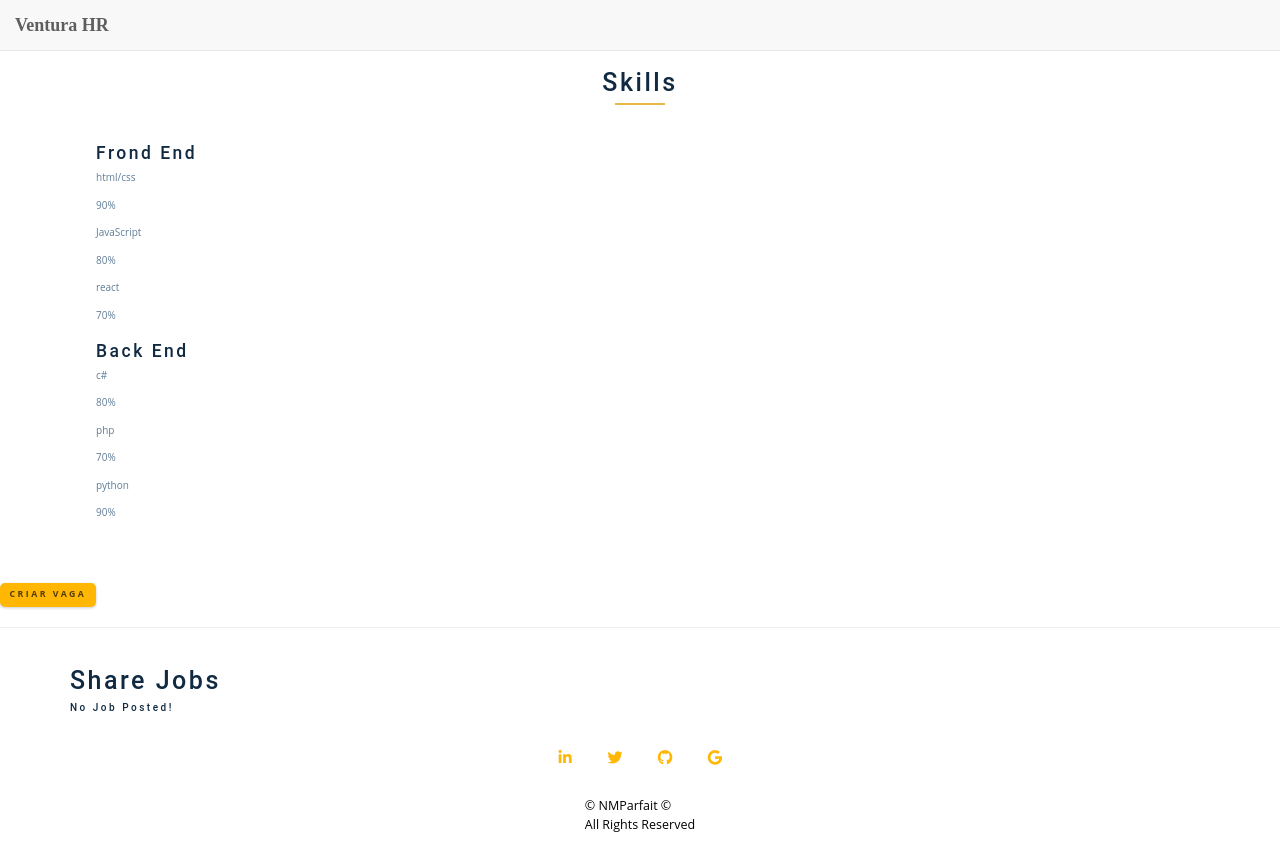
Repository: nmparfait/HumanResources-Ventura
Page: http://localhost/venturaWeb/WEB-INF/jsp/empresa/home.jsp
These files come from the project's save history. The page is drawn as it stood at one moment and after the next save; the edit follows.
The browser window is 1280 px wide. The pictures show the whole page.
Some web fonts or font styles are not loaded; a fallback is used. Some web libraries are served in a nearby version. The page is served by Tomcat 9. Nobody is signed in. The template is opened directly, without the code that normally fills it, so the values that code supplies are empty.

Above is the page before, as saved 2021-09-27 22:23:09.

After the next save:
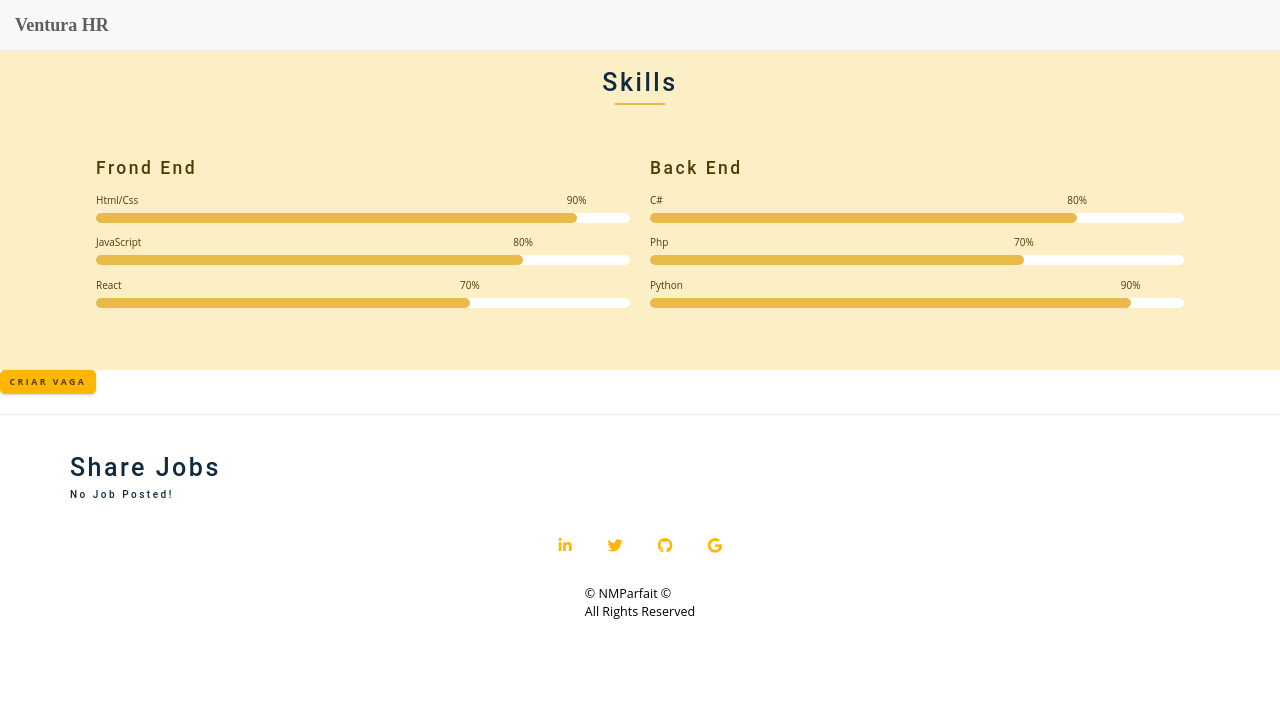
Saved 2 min 2 s later.
--- a/venturaWeb/src/main/webapp/css/styles.css
+++ b/venturaWeb/src/main/webapp/css/styles.css
@@ -596,3 +596,82 @@ Services
 
 	margin-top: 50px;
 }
+
+/*
+===============
+Skills
+===============
+*/
+@media screen and (min-width: 768px) {
+  .skills-center {
+    display: grid;
+    grid-template-columns: 1fr 1fr;
+    -moz-column-gap: 2rem;
+    column-gap: 2rem;
+  }
+}
+.skills {
+  background: var(--clr-primary-9);
+}
+
+.skills h3 {
+  margin: 1.5rem 0;
+  color: var(--clr-primary-1);
+}
+
+.skill {
+  margin-bottom: 1.25rem;
+}
+
+.skill p {
+  margin-bottom: 0.5rem;
+  text-transform: capitalize;
+  color: var(--clr-primary-1);
+}
+
+.skill-container {
+  background: var(--clr-white);
+  height: 1rem;
+  width: 100%;
+  border-radius: var(--radius);
+  position: relative;
+}
+
+.skill-value {
+  position: absolute;
+  top: 0;
+  left: 0;
+  background: var(--clr-primary-5);
+  height: 100%;
+  width: 50%;
+  border-radius: var(--radius);
+}
+
+.skill-value-70 {
+  width: 70%;
+}
+.skill-value-80 {
+  width: 80%;
+}
+.skill-value-90 {
+  width: 90%;
+}
+
+.skill-text {
+  position: absolute;
+  top: -2rem;
+  left: 50%;
+  transform: translateX(-50%);
+}
+
+.skill-text-70 {
+  left: 70%;
+}
+
+.skill-text-80 {
+  left: 80%;
+}
+
+.skill-text-90 {
+  left: 90%;
+}
